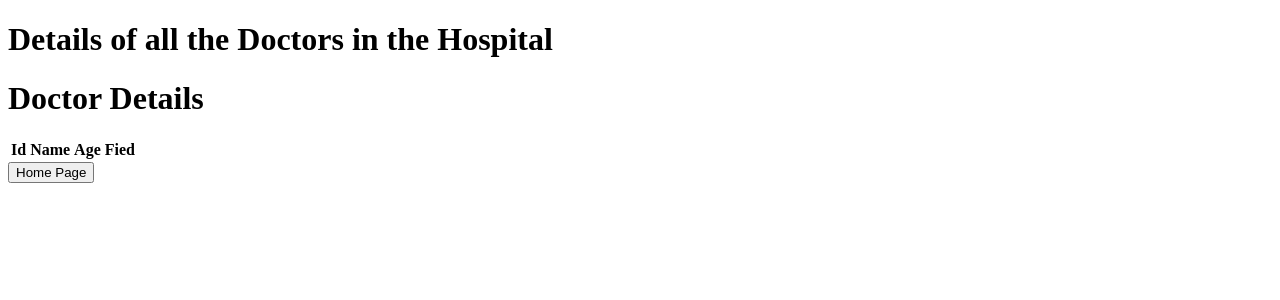
Repository: SangatiNithyaSai/SpringWorkspace
Page: http://localhost/alldoctors
An editor plug-in stored every save of this project. The page is shown before and after the next save, followed by the edit.
The browser window is 1280 px wide. The pictures show the whole page.
The page is this project's Thymeleaf template; nobody is signed in. The template is opened directly, without the code that normally fills it, so the values that code supplies are empty.

Above is the page before, as saved 2022-03-30 12:00:29.

After the next save:
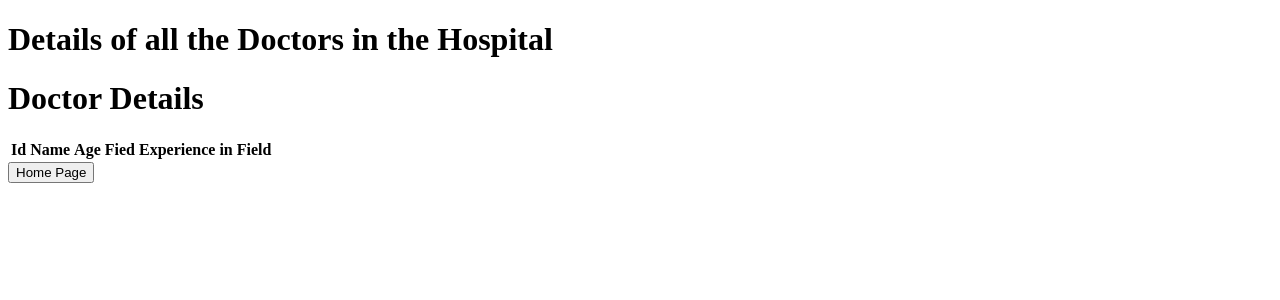
Saved 67 s later.
--- a/hospital-management/src/main/resources/templates/alldoctors.html
+++ b/hospital-management/src/main/resources/templates/alldoctors.html
@@ -11,6 +11,7 @@
         <th>Name</th>
         <th>Age</th>
         <th>Fied</th>
+        <th>Experience in Field</th>
         </thead>
         <body>
    <tr th:each="doc:${doctors}">
